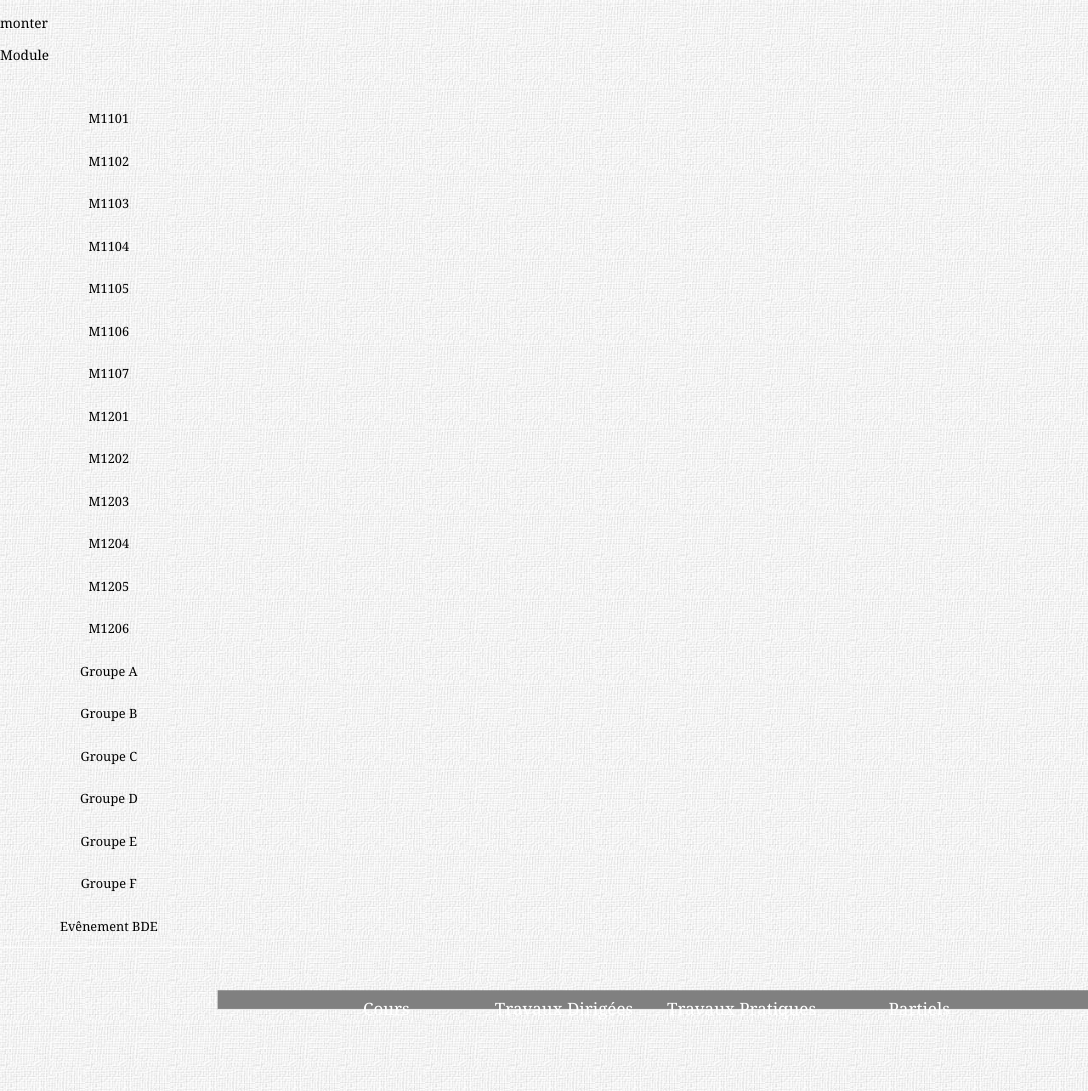
Repository: ValentinArg/PETUT
Page: http://localhost/PETUT/WEB-INF/jsp/eleve/semestre1.jsp
These files come from the project's save history. The page is drawn as it stood at one moment and after the next save; the edit follows.
The browser window is 1280 px wide. The pictures show the whole page, at 85% of full size.
After loading, the first visible `#boutonHautBas` was clicked once.
Some web libraries are served in a nearby version. The page is served by Tomcat 9. Nobody is signed in. Other server files are loaded and not shown. The template is opened directly, without the code that normally fills it, so the values that code supplies are empty.

Above is the page before, as saved 2016-10-02 09:32:31.

### PETUT/WebContent/WEB-INF/jsp/eleve/semestre1.jsp
<%@ page language="java" contentType="text/html; charset=ISO-8859-1"
    pageEncoding="ISO-8859-1"%>
<!DOCTYPE html PUBLIC "-//W3C//DTD HTML 4.01 Transitional//EN" "http://www.w3.org/TR/html4/loose.dtd">
<html>
<head>
<meta http-equiv="Content-Type" content="text/html; charset=ISO-8859-1">
<link rel ="stylesheet" href = "/PETUT/css/main.css"/>
<link rel ="stylesheet" href = "/PETUT/css/allSemestres.css"/>
<title>Insert title here</title>
</head>
<body>

	<p class="boutonHautBas" id="boutonHautBas">monter</p>
	<jsp:include page="../enTete.jsp"/>
	<div class="navigation" id="navigation">
		<ul>
			<li class="parent" id="parent1"><p class="module">M1101</p></li>
			<li class="parent" id="parent2"><p class="module">M1102</p></li>
			<li class="parent" id="parent1"><p class="module">M1103</p></li>
			<li class="parent" id="parent2"><p class="module">M1104</p></li>
			<li class="parent" id="parent1"><p class="module">M1105</p></li>
			<li class="parent" id="parent2"><p class="module">M1106</p></li>
			<li class="parent" id="parent1"><p class="module">M1107</p></li>
			<li class="parent" id="parent2"><p class="module">M1201</p></li>
			<li class="parent" id="parent1"><p class="module">M1202</p></li>
			<li class="parent" id="parent2"><p class="module">M1203</p></li>
			<li class="parent" id="parent1"><p class="module">M1204</p></li>
			<li class="parent" id="parent2"><p class="module">M1205</p></li>
			<li class="parent" id="parent1"><p class="module">M1206</p></li>
			<li class="parent" id="parent1"><p class="module">Groupe A</p></li>
			<li class="parent" id="parent2"><p class="module">Groupe B</p></li>
			<li class="parent" id="parent1"><p class="module">Groupe C</p></li>
			<li class="parent" id="parent2"><p class="module">Groupe D</p></li>
			<li class="parent" id="parent1"><p class="module">Groupe E</p></li>
			<li class="parent" id="parent2"><p class="module">Groupe F</p></li>
			<li class="parent" id="parent1"><p class="module">Evênement BDE</p></li>

		</ul>

	</div>
	<div class="conteneurGeneral">

		<ul class="selection" id="selection">
			<li class=" type"><p>Cours</p></li>
			<li class="type"><p>Travaux Dirigées</p></li>
			<li class="type"><p>Travaux Pratiques</p></li>
			<li class="type"><p>Partiels</p></li>
		</ul>
	</div>
	<script type="text/javascript">

		function slideUp(){
			$('#slide1').slideUp();
		}
		$( '#boutonHautBas' ).click(function(){
			slideUp()});
	</script>
</body>
</html>

### PETUT/WebContent/WEB-INF/jsp/enTete.jsp
<%@ page language="java" contentType="text/html; charset=ISO-8859-1"
    pageEncoding="ISO-8859-1"%>
<!DOCTYPE html PUBLIC "-//W3C//DTD HTML 4.01 Transitional//EN" "http://www.w3.org/TR/html4/loose.dtd">
<html>
<head>
	<meta http-equiv="Content-Type" content="text/html; charset=ISO-8859-1">
	<title>Insert title here</title>
	<link rel ="stylesheet" href = "/PE2I/css/main.css"/>
	<script src="https://code.jquery.com/jquery-1.12.4.js"></script>
  	<script src="https://code.jquery.com/ui/1.12.1/jquery-ui.js"></script>

</head>
<body>
	<div class=enTete>
		<p class="boutonHautBas" id="boutonHautBas">Module</p>
		<ul class="nav" id="nav">
			<c:forEach var="forum" items="${listeForum}">
				<li class=" partie"><a class="forum" id="${forum.id}"><c:out value="${forum.nom}"/></a></li>
			</c:forEach>
			<!-- <li class="partie" id="banniere"><a>PETUT</a></li>-
			<li class=" partie"><a class="forum" id="1">Cours</a></li>
			<li class="partie"><a class="forum" id="2">Travaux Dirigées</a></li>
			<li class="partie"><a class="forum" id="3">Travaux Pratiques</a></li>
			<li class="partie"><a class="forum" id="4">Partiels</a></li>
			<li class="partie"><a>Mon Compte</a></li>-->
		</ul>
	</div>

</body>
</html>

### PETUT/WebContent/css/main.css
@CHARSET "ISO-8859-1";

@CHARSET "UTF-8";
/* Général ------------------------------------------------------------------------------------- */

html {
  height: 100%;
  box-sizing: border-box;
}

*,
*:before,
*:after {
  box-sizing: inherit;
}

body {
	background-image : url(../images/fond.jpg);
	position: relative;
 	margin: 0;
  padding-bottom: 6rem;
  min-height: 100%;
}

body,p,legend, label, input {
    font: normal 8pt;
    font-family:  Georgia, serif;
}

header img {
	width:470px;
	display:inline;
}
header .logoiut{
	height:135px;
	width:215px;
}
header{

	height:135px;
	margin-left:auto;
	margin-right:auto;
	background-image : url(../images/fondbanniere.jpg);
	width:85%;
	min-width:880px;
}
nav {
	width:85%;
	min-width:880px;
	margin-left:auto;
	margin-right:auto;
	text-align:left;

}
.general{
	width:85%;
	min-width:880px;
	margin-left:auto;
	margin-right:auto;
	background-image:url(../images/fondgeneral.jpg);
	padding-top:30px;
	padding-bottom:10px;
	min-height:69vh;
	margin-bottom:-24px;
}
footer {
	width:85%;
	min-width:880px;
	margin-left:auto;
	margin-right:auto;
	font-size:80%;
	position: absolute;
  	right: 0;
  	bottom: 0;
  	left: 0;
  	padding: 1rem;
  	margin-top:0;
	background-image:url(../images/fondgeneral.jpg);
}

### PETUT/WebContent/css/allSemestres.css
.parent{

	list-style:none;
	font-size:15px;
	cursor:pointer;
	width:100%;
	display:inline-block;

}

.navigation ul{
	width:100%;
	display:inline-block;

}




ul{
	margin:0;
	padding:0;
}

.ue {

	border-top:solid 1px white;
	display:block;
	padding:10px;
	text-align:center;
	background-color:#4CAF50;
	margin:0;
}

.ue:hover{
	color:white;
}

.module p{

	border:none;
	border-bottom:solid 1px white;
	display: block;
	padding:10px;
	text-align:center;
	background-color:#333;
	margin:0;


}

.module p:hover{
	color:white;
	cursor:pointer;
}

.semestres{
	background-color:#4CAF50;

}

a{
	cursor:pointer;
}





body{

	margin:0;
	padding:0;
}



.navigation{

	display:inline-block;
	list-style : none;
	margin:0;
	padding:0;
	position: relative;
	z-index:5;
	width:20%;
	border-bottom:solid 1px white;
	text-align:center;
	height:95.5%;
	max-height:95.3%;
	overflow: auto;


}

.conteneurGeneral{
	text-align:justify;
	display:inline-block;
	height:100%;
	position:relative;
	width: 80%;
	margin:0;
	margin-left:20%;
	padding:0;
	margin-top:50px;
	vertical-align:top;

}

.selection{
	display:block;
	vertical-align:top;
	list-style : none;
	margin:0;
	background: Grey;
	z-index:5;
	height:4.7%;
	border-bottom:solid 1px white;
	text-align: center;

}



.type {
	display: inline-block;
	padding:8px;
	font-size:20px;
	height:20px;
	vertical-align:top;
	width:20%;

}

.type p {
	margin:0;
	padding:0;
	color:white;
	cursor:pointer;
}

.type:hover{
	background:#333;

}

.tableauTopic{
	text-align: center;
	position:relative;
	display:block;

}

After the next save:
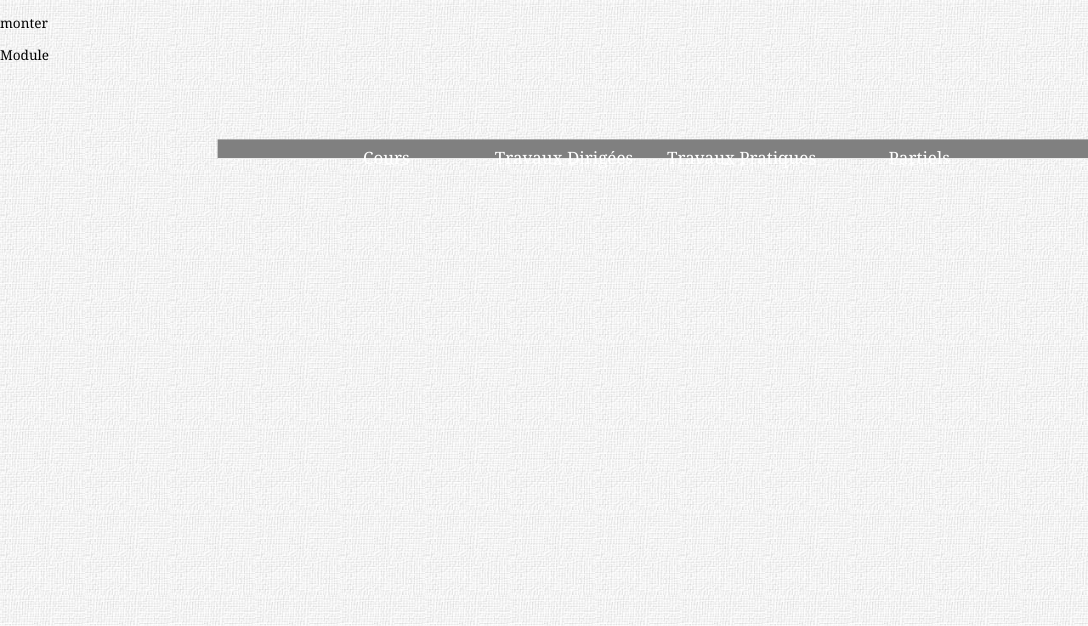
Saved 6 s later.
--- a/PETUT/WebContent/WEB-INF/jsp/eleve/semestre1.jsp
+++ b/PETUT/WebContent/WEB-INF/jsp/eleve/semestre1.jsp
@@ -50,7 +50,7 @@
 	<script type="text/javascript">
 
 		function slideUp(){
-			$('#slide1').slideUp();
+			$('#navigation').slideUp();
 		}
 		$( '#boutonHautBas' ).click(function(){
 			slideUp()});
